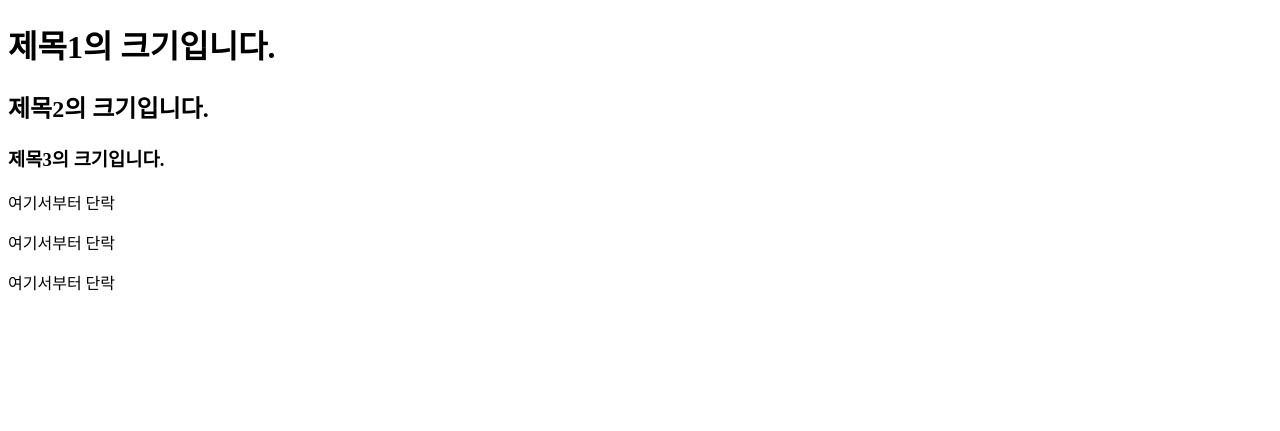
Repository: AkaKSR/Java_Convergence_New
Page: HTML0826/WebContent/Ex04.html
The author's editor kept a copy of each file at every save. The page is drawn from the files as they stood at one save, then again after the next save.
The browser window is 1280 px wide. The pictures show the whole page.

Above is the page before, as saved 2019-08-26 06:54:48.

After the next save:
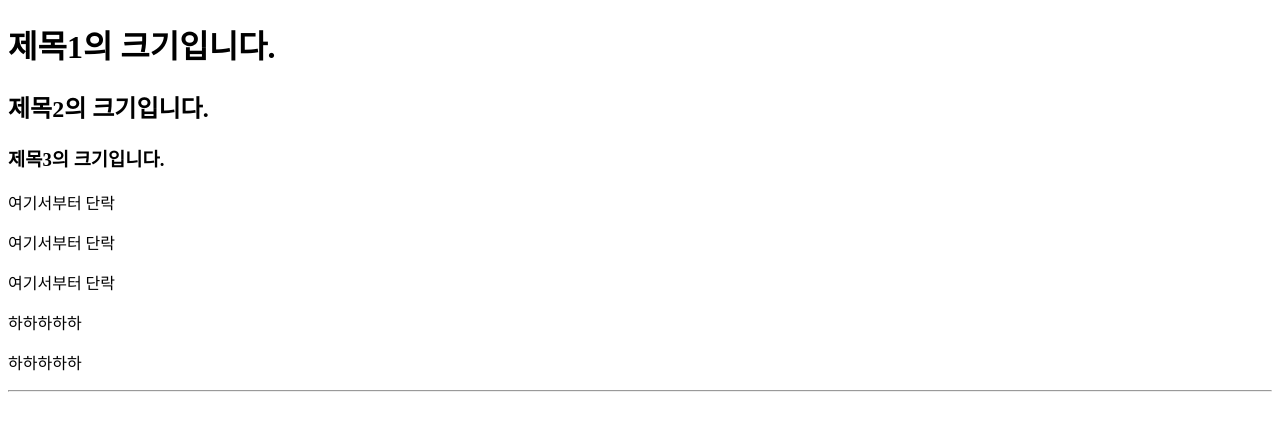
Saved 47 s later.
--- a/HTML0826/WebContent/Ex04.html
+++ b/HTML0826/WebContent/Ex04.html
@@ -11,5 +11,8 @@
 	<p>여기서부터 단락</p>
 	<p>여기서부터 단락</p>
 	<p>여기서부터 단락</p>
+	하하하하하<p>
+	하하하하하
+	<hr />
 </body>
 </html>
